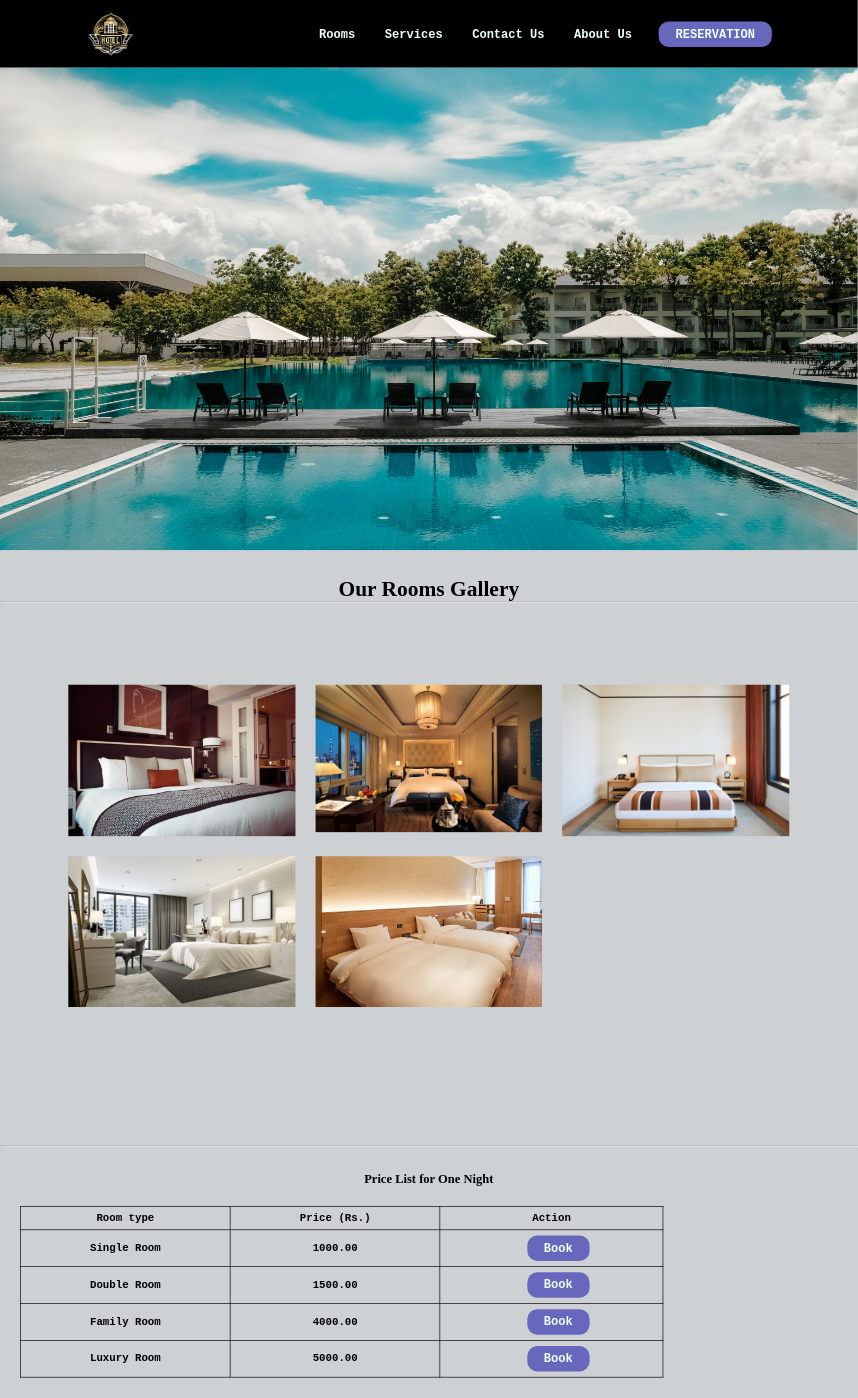
Repository: DhananjayaLakshan/Uom-Web_Design_For_Beginners
Page: Final Assignment/index.html
The author's editor kept a copy of each file at every save. The page is drawn from the files as they stood at one save, then again after the next save.
The browser window is 1280 px wide. The pictures show the whole page, at 67% of full size.

Above is the page before, as saved 2023-11-29 15:58:49.

After the next save:
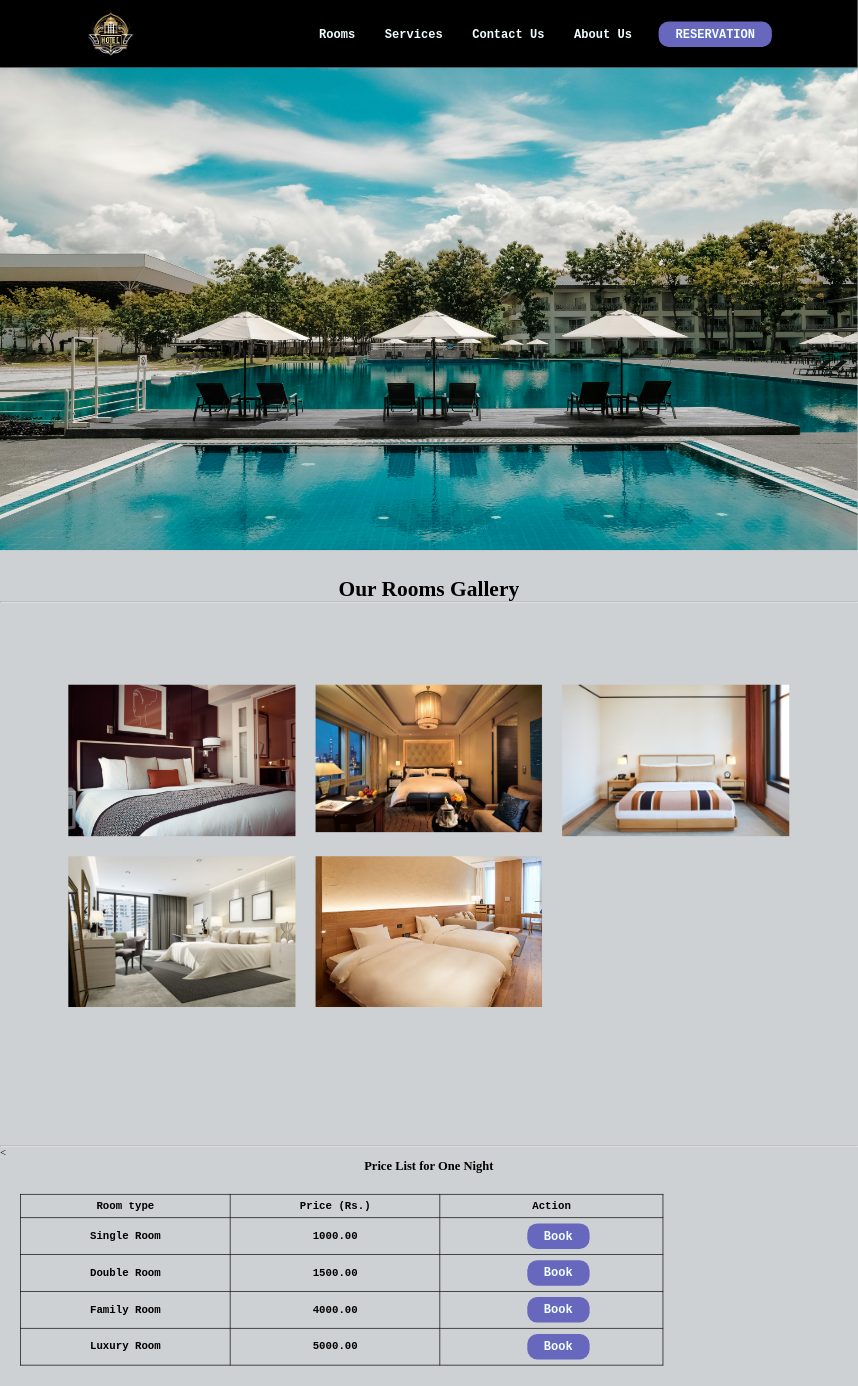
Saved 6 min 32 s later.
--- a/Final Assignment/index.html
+++ b/Final Assignment/index.html
@@ -60,7 +60,7 @@
 
     </div>
     <br>
-    <hr><br><br>
+    <hr><
 
     <h3 style="text-align: center;">Price List for One Night</h3>
 
